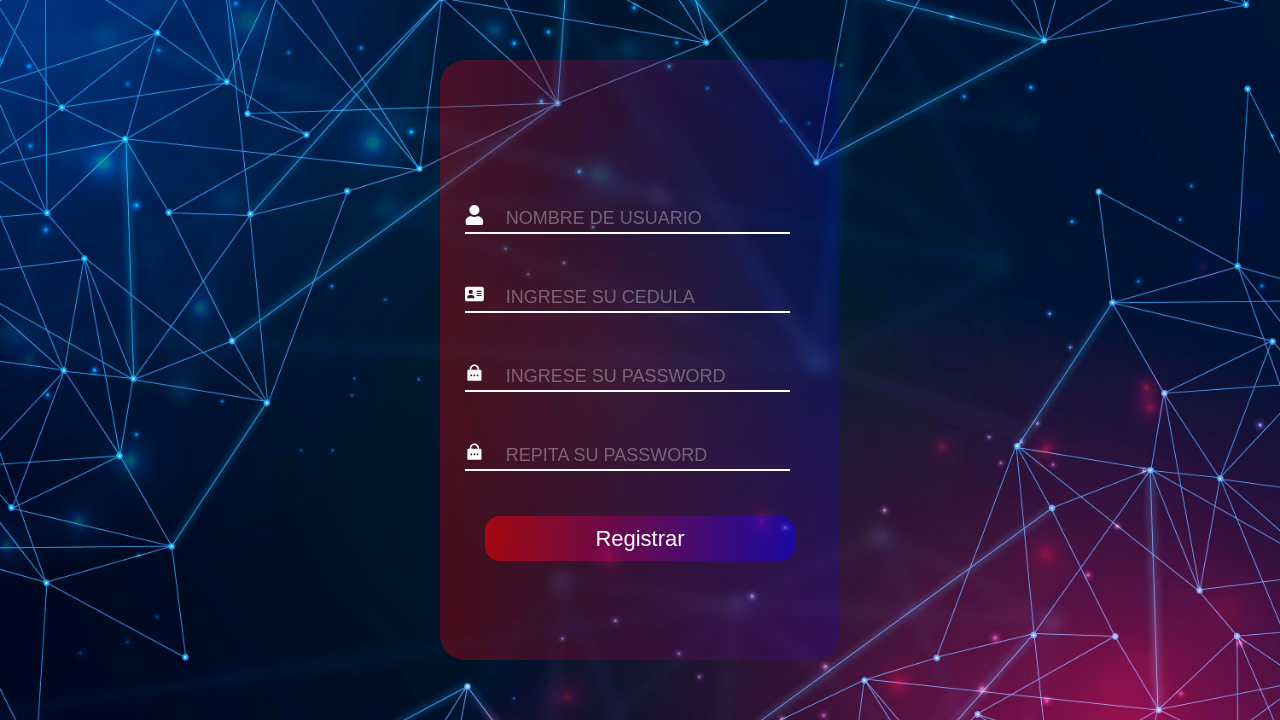
Repository: Davic1o/municipio
Page: /Registro
These files come from the project's save history. The page is drawn as it stood at one moment and after the next save; the edit follows.
The browser window is 1280 px wide. The pictures show the whole page.
The project was rebuilt for these pictures with package versions that can differ from the ones it lists, and the page was loaded fresh each time. Also part of the build but not shown: src/pages/Login/Login.jsx, src/pages/Administrador/Admin.jsx, src/pages/Coord/Coord.jsx, src/pages/User/User.jsx.

Above is the page before, as saved 2024-02-06 17:57:09.

### src/index.js
import React from 'react';
import ReactDOM from 'react-dom/client';
import './index.css';
import App from './App';
import { BrowserRouter } from 'react-router-dom';

const root = ReactDOM.createRoot(document.getElementById('root'));
root.render(
  <BrowserRouter>
    <App />
   </BrowserRouter>
);

### src/index.css
body {
  margin: 0;
  font-family: -apple-system, BlinkMacSystemFont, 'Segoe UI', 'Roboto', 'Oxygen',
    'Ubuntu', 'Cantarell', 'Fira Sans', 'Droid Sans', 'Helvetica Neue',
    sans-serif;
  -webkit-font-smoothing: antialiased;
  -moz-osx-font-smoothing: grayscale;
}

code {
  font-family: source-code-pro, Menlo, Monaco, Consolas, 'Courier New',
    monospace;
}
input{
  text-decoration: none;
  border: none;
}
button{
  background-color: transparent;
  text-decoration: none;
  border: none;
}

### src/App.jsx

import './App.css';
import Rutas from './routes/Rutas';

function App() {
  return (
    <div className="App">
      <Rutas/>
    </div>
  );
}

export default App;

### src/routes/Rutas.jsx
import React from 'react'
import { Routes, Route } from 'react-router-dom';
import Login from '../pages/Login/Login';
import Admin from '../pages/Administrador/Admin';
import Coord from '../pages/Coord/Coord';
import User from '../pages/User/User';
import Register from '../pages/Register/Register';


function Rutas() {
  return (


    <Routes>
    <Route exact path="/" element={<Login/>} />
    <Route exact path="/Registro" element={<Register/>} />
    <Route exact path="/Administrador" element={<Admin/>} />
    <Route path='/Coordinador' element={<Coord/>} />
    <Route path='/Usuario' element={<User/>} />

    </Routes>

  )
}

export default Rutas

### src/pages/Register/Register.jsx
import React, { useState } from 'react';
import { FaUser } from 'react-icons/fa';
import { RiLockPasswordFill } from 'react-icons/ri';
import { useNavigate } from 'react-router-dom';
import { FaAddressCard } from "react-icons/fa6";
import './register.css';

const Register = () => {
  const navigate = useNavigate();

  return (
    <div className="login__container">
      <div className="register__recuadro">
        <div className="register__formulario">
          <div className="contenedor__nombre">
            <FaUser className="icon__nombre" />
            <input
              type="text"
              className="inp__nombre"
              placeholder="NOMBRE DE USUARIO"
            />
          </div>
          <div className="contenedor__nombre">
          <FaAddressCard className="icon__password"/>
            <input
              type="password"
              className="inp__password"
              placeholder="INGRESE SU CEDULA"

            />
          </div>
          <div className="contenedor__password">
          <RiLockPasswordFill className="icon__password" />
            <input
              type="password"
              className="inp__password"
              placeholder="INGRESE SU PASSWORD"

            />

          </div>
          <div className="contenedor__password">
          <RiLockPasswordFill className="icon__password" />
            <input
              type="password"
              className="inp__password"
              placeholder="REPITA SU PASSWORD"

            />


          </div>
          <div className="contendor__ingresar">
            <button className="btn__ingresar" >
              Registrar
            </button>
          </div>
        </div>
      </div>
    </div>
  );
};

export default Register;

### src/pages/Login/login.css
.login__container {
    background-image:  url('../../images/fondo_informacion.jpg');
    background-size: cover;
    height: 100vh;
    width: 100vw;
    box-sizing: border-box;
    display: flex;
    align-items: center;
    justify-content: center;
    z-index: 0;
}
.login__recuadro{
    width: 400px;
    height: 600px;
    border-radius: 25px;
    background: linear-gradient(to right, rgba(253, 0, 0, 0.288) 1%, rgba(16, 0, 235, 0.171));
}
.login__formulario{
    margin-top: 200px;
}
.contenedor__nombre, .contenedor__password{
    padding-top: 25px;
    width: 325px;
    margin: 25px;
    display: flex;
    border-bottom: 2px solid white ;
}
.icon__nombre, .icon__password{
    margin-right: 20px;
    font-size: 20px;
    background-color: transparent;
    color: white;
}
.inp__nombre, .inp__password{

    background-color: transparent;
    width: 300px;
    height: 25px;
    font-size: 18px;
    color: white;
}
.inp__nombre::placeholder, .inp__password::placeholder{
    font-size: 18px;
color: rgba(255, 255, 255, 0.336);
}
.inp__nombre:focus, .inp__password:focus{
    outline: none;
    font-size: 18px;
    border: none;
    color: white;
}
.contenedor__recuerdame{
    width: 325px;
    margin: 25px;
    display: flex;
}
.inp__recuerdame{
    transform: scale(1.5);
    margin-right: 20px;
}
.lbl__recuerdame{
    font-size: 18px;
    color: white;
}
.contenedor__registrar{
    width: 325px;
    margin: 25px;
    display: flex;
    justify-content: right;
}
.lbl__registrar{
    color: white;
}
.lbl__registrar:hover{
    color: blue;
    cursor: pointer;
}
.contendor__ingresar{

    background: linear-gradient(to right, rgba(253, 0, 0, 0.514) 1%, rgba(16, 0, 235, 0.514));
    border-radius: 15px;
    margin: 45px;
    display: flex;
    justify-content: center;
}
.btn__ingresar{
    height: 45px;
    color: white;
    font-size: 22px;
    cursor: pointer;

}

### src/pages/Register/register.css

.register__recuadro{
    width: 400px;
    height: 600px;
    border-radius: 25px;
    background: linear-gradient(to right, rgba(253, 0, 0, 0.288) 1%, rgba(16, 0, 235, 0.171));
}
.register__formulario{
    margin-top: 120px;
}

Loaded but not shown: public/index.html (common file); src/App.css (common file)

After the next save:
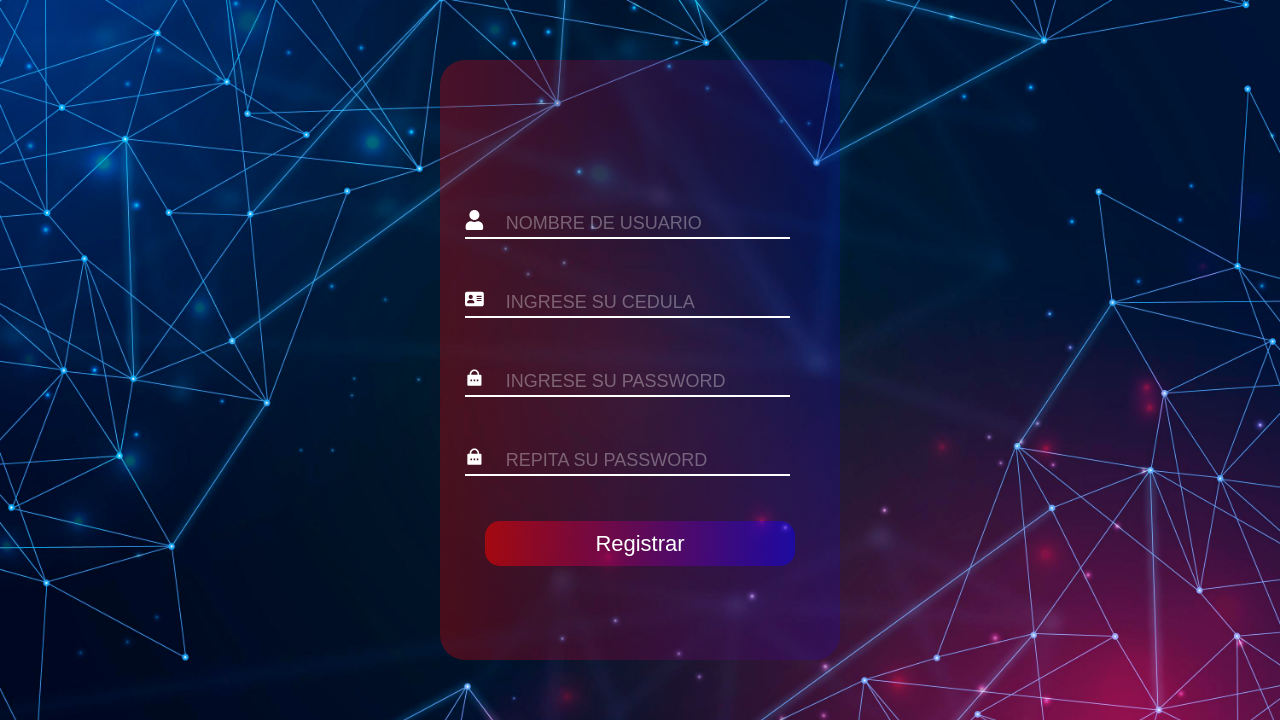
Saved 8 s later.
--- a/src/pages/Register/register.css
+++ b/src/pages/Register/register.css
@@ -6,5 +6,5 @@
     background: linear-gradient(to right, rgba(253, 0, 0, 0.288) 1%, rgba(16, 0, 235, 0.171));
 }
 .register__formulario{
-    margin-top: 120px;
+    margin-top: 125px;
 }
